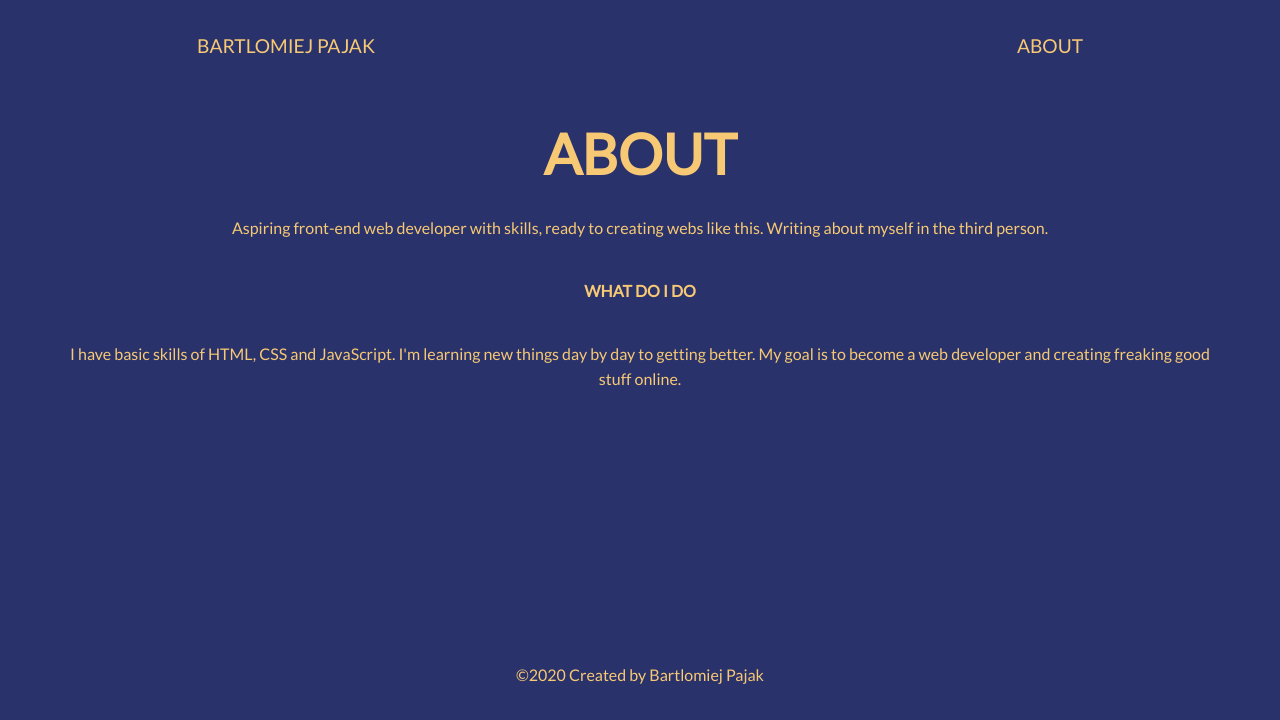
Repository: spidero7/personal-site
Page: about.html
The author's editor kept a copy of each file at every save. The page is drawn from the files as they stood at one save, then again after the next save.
The browser window is 1280 px wide. The pictures show the whole page.

Above is the page before, as saved 2020-04-16 21:30:07.

### about.html
<!DOCTYPE html>
<html>

    <head>
        <meta charset="utf-8">
        <title>Bartlomiej Pajak</title>
        <meta name="viewport" content="width=device-width, initial-scale=1">
        <link rel="stylesheet" href="css/normalize.css">
        <link href="https://fonts.googleapis.com/css2?family=Lato&display=swap" rel="stylesheet">
        <link rel="stylesheet" href="css/style.css">
        <link rel="stylesheet" href="css/flexbox.css">
    </head>

    <body>

        <div>
            <header class="main-header">
                <nav>
                    <ul class="main-nav">
                        <li><a href="index.html">Bartlomiej Pajak</a></li>
                        <li><a href="about.html">About</a></li>
                    </ul>
                </nav>
            </header>
        </div>

        <div class="about-container">

            <h1 class="about">About</h1>
            <p class="me">Aspiring front-end web developer with skills, ready to creating webs like this. Writing about myself in the third person.</p>
            <h4>What do I do</h4>
            <p>I have basic skills of HTML, CSS and JavaScript. I'm learning new things day by day to getting better. My goal is to become a web developer and creating freaking good stuff online.</p>

        </div>


        <footer class="main-footer">
            <span>&copy;2020 Created by Bartlomiej Pajak</span>
        </footer>

    </body>
</html>

### css/style.css
/* =================================
  Base Element Styles
==================================== */

* {
    box-sizing: border-box;
}

body {
    font-family: 'Lato', sans-serif;
    line-height: 1.6;
    color: #F7C974;
    margin: 0;
    background-color: #29326B;
}

h1 {
    text-transform: uppercase;
    text-align: center;
    display: block;
    font-size: 3.5em;
    margin-bottom: auto;

}

h4 {
    text-transform: uppercase;
    align-self: center;
}

ul {
    margin: 0;
    padding: 0;
    list-style: none;
}

a {
    text-decoration: none;
}

/* =================================
  Base Layout Styles
==================================== */

/* ---- Navigation ---- */

.main-nav {
    margin-top: 5px;
}

.main-nav a {
    text-align: center;
    display: block;
    padding: 5px 5px;
    color: #F7C974;
    text-transform: uppercase;
    font-weight: 500;
    font-size: 1.2em;
    margin-top: 15px;
}

.main-nav a:hover {
    color: rgb(212, 188, 144);
}

.target {
    text-align: center;
    display: block;
    font-weight: 500;
    font-size: 1.2em;
    margin-top: 10px;;
}

.about-container {
    width: 90%;
    margin: 0 auto;
    display: flex;
    flex-direction: column;
    align-items: center;
    text-align: center;
}


/* ---- Layout Containers ---- */

.main-header {
    padding-top: .35em;
    padding-bottom: .35em;
}

.container {
    padding: 1em 0;
    width: 80%;
    margin: 0 auto;
}

.main-footer {
    padding: 2em 0;
    margin-top: 30px;
    text-align: center;
}

/* =================================
  Media Queries
==================================== */


@media (min-width: 769px) {
    .main-header,
    .main-footer,
    .container  {
        width: 80%;
        margin: 0 auto;
    }

    .position {
        font-size: 4.5em;
    }

    .target {
        font-size: 1.4em;
    }

}

@media (min-width: 1025px) {
    .container{
        width: 60%;
        max-width: 810px;
    }
}

@media (min-width: 1025px) {
    .main-header {
        width: 70%;
    }
}

### css/flexbox.css
/* =================================
  Base Styles
==================================== */

body {
    display: flex;
    flex-direction: column;
    min-height: 100vh;
}

.main-footer {
    margin-top: auto;
}

/* =================================
  Media Queries
==================================== */

@media (min-width: 769px) {
    .main-nav {
        display: flex;
        flex-direction: row;
        justify-content: space-between;
    }

    .container {
        margin-top: 50px;
    }

}

Loaded but not shown: css/normalize.css (library)

After the next save:
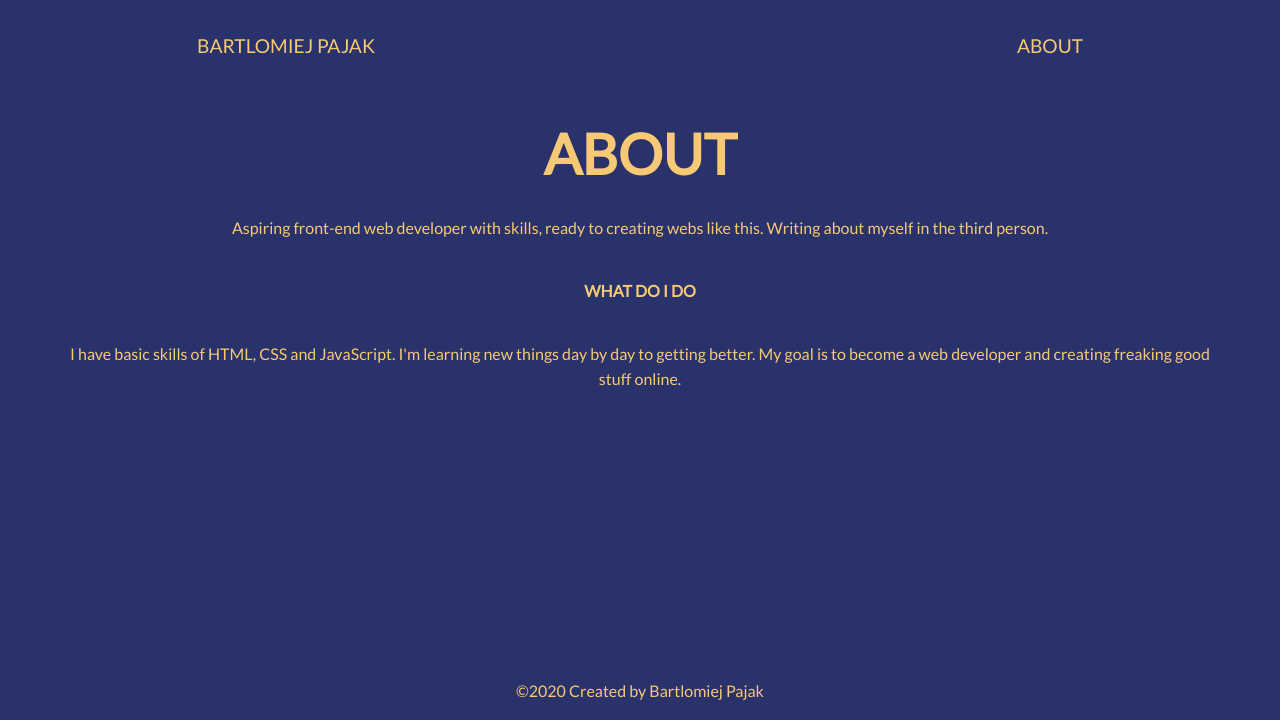
Saved 51 s later.
--- a/css/style.css
+++ b/css/style.css
@@ -95,7 +95,7 @@ a {
 }
 
 .main-footer {
-    padding: 2em 0;
+    padding: 1em 0;
     margin-top: 30px;
     text-align: center;
 }
